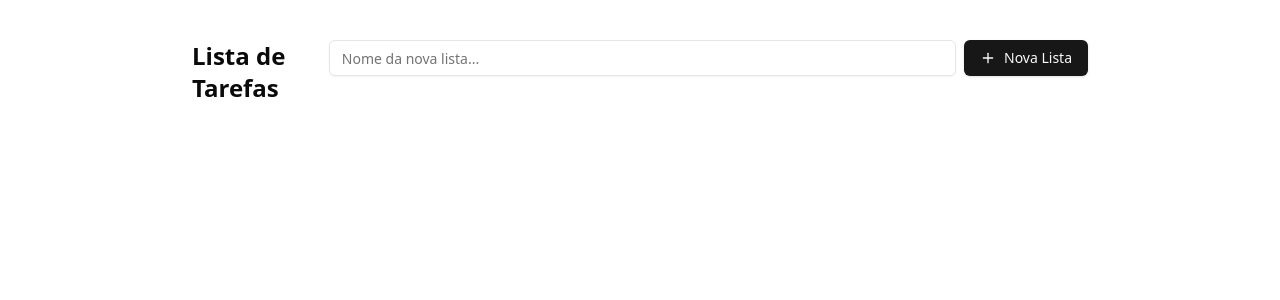
Repository: ribeirosacarlos/ts-frontend
Page: /
The author's editor kept a copy of each file at every save. The page is drawn from the files as they stood at one save, then again after the next save.
The browser window is 1280 px wide. The pictures show the whole page.
The page's requests for data from a server got no answer. The project was rebuilt for these pictures with package versions that can differ from the ones it lists, and the page was loaded fresh each time. No one was signed in, and anything a server would have sent is missing. Also part of the build but not shown: vite.config.ts, src/components/ui/checkbox.tsx, src/components/ui/card.tsx.

Above is the page before, as saved 2025-05-15 15:50:59.

### src/App.tsx
import { useEffect, useState } from 'react'
import { Input } from "@/components/ui/input";
import { Button } from "@/components/ui/button";
import { Checkbox } from "@/components/ui/checkbox";
import { Card, CardContent } from "@/components/ui/card";
import { Trash2, Plus } from "lucide-react";

type Task = {
  id: number;
  to_do_list_id: number;
  description: string;
  is_completed: number;
  created_at: string;
  updated_at: string;
}

type TodoList = {
  id: number;
  name: string;
  created_at: string;
  updated_at: string;
  tasks: Task[];
}

function App() {
  const [todoLists, setTodoLists] = useState<TodoList[]>([]);
  const [newTasks, setNewTasks] = useState<{ [key: number]: string }>({});
  const [newListName, setNewListName] = useState("");

  useEffect(() => {
    fetchTodoLists();
  }, []);

  const fetchTodoLists = async () => {
    try {
      const response = await fetch("http://localhost:8080/api/to-do-lists");
      const data = await response.json();
      setTodoLists(data);
    } catch (error) {
      console.error("Erro ao buscar listas:", error);
    }
  };

  const createNewList = async () => {
    if (!newListName.trim()) return;

    try {
      await fetch("http://localhost:8080/api/to-do-lists", {
        method: "POST",
        headers: { "Content-Type": "application/json" },
        body: JSON.stringify({ name: newListName }),
      });
      setNewListName("");
      fetchTodoLists();
    } catch (error) {
      console.error("Erro ao criar lista:", error);
    }
  };

  const deleteList = async (listId: number) => {
    try {
      await fetch(`http://localhost:8080/api/to-do-lists/${listId}`, {
        method: "DELETE",
      });
      fetchTodoLists();
    } catch (error) {
      console.error("Erro ao excluir lista:", error);
    }
  };

  const createTask = async (listId: number) => {
    const taskDescription = newTasks[listId];
    if (!taskDescription?.trim()) return;

    try {
      await fetch("http://localhost:8080/api/tasks", {
        method: "POST",
        headers: { "Content-Type": "application/json" },
        body: JSON.stringify({
          description: taskDescription,
          to_do_list_id: listId
        }),
      });
      setNewTasks(prev => ({ ...prev, [listId]: "" }));
      fetchTodoLists();
    } catch (error) {
      console.error("Erro ao criar tarefa:", error);
    }
  };

  const toggleTask = async (task: Task) => {
    try {
      await fetch(`http://localhost:3333/tasks/${task.id}`, {
        method: "PUT",
        headers: { "Content-Type": "application/json" },
        body: JSON.stringify({
          is_completed: task.is_completed ? 0 : 1,
        }),
      });
      fetchTodoLists();
    } catch (error) {
      console.error("Erro ao atualizar tarefa:", error);
    }
  };

  const deleteTask = async (taskId: number) => {
    try {
      await fetch(`http://localhost:8080/api/tasks/${taskId}`, {
        method: "DELETE",
      });
      fetchTodoLists();
    } catch (error) {
      console.error("Erro ao excluir tarefa:", error);
    }
  };

  return (
    <div className="max-w-4xl mx-auto mt-10 space-y-8">
      <div className="flex gap-2 mb-8">
        <h2 className="text-2xl font-bold">Lista de Tarefas</h2>
        <Input
          placeholder="Nome da nova lista..."
          value={newListName}
          onChange={(e: React.ChangeEvent<HTMLInputElement>) => setNewListName(e.target.value)}
          onKeyDown={(e: React.KeyboardEvent<HTMLInputElement>) => {
            if (e.key === "Enter") createNewList();
          }}
        />
        <Button onClick={createNewList} className="flex items-center gap-2">
          <Plus className="h-4 w-4" />
          Nova Lista
        </Button>
      </div>

      {todoLists.map((list) => (
        <div key={list.id} className="space-y-4">
          <div className="flex items-center justify-between">
            <h2 className="text-2xl font-bold">{list.name}</h2>
            <Button
              variant="ghost"
              size="icon"
              className="h-8 w-8"
              onClick={() => deleteList(list.id)}
            >
              <Trash2 className="h-4 w-4" />
            </Button>
          </div>

          <div className="flex gap-2">
            <Input
              placeholder="Digite uma nova tarefa..."
              value={newTasks[list.id] || ""}
              onChange={(e: React.ChangeEvent<HTMLInputElement>) =>
                setNewTasks(prev => ({ ...prev, [list.id]: e.target.value }))
              }
              onKeyDown={(e: React.KeyboardEvent<HTMLInputElement>) => {
                if (e.key === "Enter") createTask(list.id);
              }}
            />
            <Button onClick={() => createTask(list.id)}>Adicionar</Button>
          </div>

          <div className="space-y-2">
            {list.tasks.map((task) => (
              <Card key={task.id}>
                <CardContent className="flex items-center justify-between p-4">
                  <div className="flex items-center gap-2">
                    <Checkbox
                      checked={task.is_completed === 1}
                      onCheckedChange={() => toggleTask(task)}
                    />
                    <span
                      className={`${
                        task.is_completed === 1 ? "line-through text-gray-400" : ""
                      }`}
                    >
                      {task.description}
                    </span>
                  </div>
                  <Button
                    variant="ghost"
                    size="icon"
                    className="h-8 w-8"
                    onClick={() => deleteTask(task.id)}
                  >
                    <Trash2 className="h-4 w-4" />
                  </Button>
                </CardContent>
              </Card>
            ))}
          </div>
        </div>
      ))}
    </div>
  );
}

export default App

### src/components/ui/input.tsx
import * as React from "react"

import { cn } from "@/lib/utils"

const Input = React.forwardRef<HTMLInputElement, React.ComponentProps<"input">>(
  ({ className, type, ...props }, ref) => {
    return (
      <input
        type={type}
        className={cn(
          "flex h-9 w-full rounded-md border border-input bg-transparent px-3 py-1 text-base shadow-sm transition-colors file:border-0 file:bg-transparent file:text-sm file:font-medium file:text-foreground placeholder:text-muted-foreground focus-visible:outline-none focus-visible:ring-1 focus-visible:ring-ring disabled:cursor-not-allowed disabled:opacity-50 md:text-sm",
          className
        )}
        ref={ref}
        {...props}
      />
    )
  }
)
Input.displayName = "Input"

export { Input }

### src/components/ui/button.tsx
import * as React from "react"
import { Slot } from "@radix-ui/react-slot"
import { cva, type VariantProps } from "class-variance-authority"

import { cn } from "@/lib/utils"

const buttonVariants = cva(
  "inline-flex items-center justify-center gap-2 whitespace-nowrap rounded-md text-sm font-medium transition-colors focus-visible:outline-none focus-visible:ring-1 focus-visible:ring-ring disabled:pointer-events-none disabled:opacity-50 [&_svg]:pointer-events-none [&_svg]:size-4 [&_svg]:shrink-0",
  {
    variants: {
      variant: {
        default:
          "bg-primary text-primary-foreground shadow hover:bg-primary/90",
        destructive:
          "bg-destructive text-destructive-foreground shadow-sm hover:bg-destructive/90",
        outline:
          "border border-input bg-background shadow-sm hover:bg-accent hover:text-accent-foreground",
        secondary:
          "bg-secondary text-secondary-foreground shadow-sm hover:bg-secondary/80",
        ghost: "hover:bg-accent hover:text-accent-foreground",
        link: "text-primary underline-offset-4 hover:underline",
      },
      size: {
        default: "h-9 px-4 py-2",
        sm: "h-8 rounded-md px-3 text-xs",
        lg: "h-10 rounded-md px-8",
        icon: "h-9 w-9",
      },
    },
    defaultVariants: {
      variant: "default",
      size: "default",
    },
  }
)

export interface ButtonProps
  extends React.ButtonHTMLAttributes<HTMLButtonElement>,
    VariantProps<typeof buttonVariants> {
  asChild?: boolean
}

const Button = React.forwardRef<HTMLButtonElement, ButtonProps>(
  ({ className, variant, size, asChild = false, ...props }, ref) => {
    const Comp = asChild ? Slot : "button"
    return (
      <Comp
        className={cn(buttonVariants({ variant, size, className }))}
        ref={ref}
        {...props}
      />
    )
  }
)
Button.displayName = "Button"

export { Button, buttonVariants }

Loaded but not shown: index.html (common file); src/main.tsx (common file); src/index.css (common file); src/lib/utils.ts (common file); tailwind.config.js (common file)

After the next save:
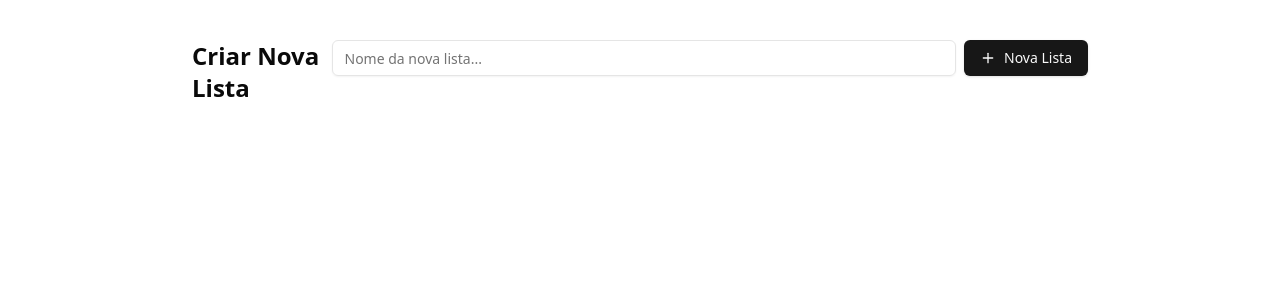
Saved 10 s later.
--- a/src/App.tsx
+++ b/src/App.tsx
@@ -117,7 +117,7 @@ function App() {
   return (
     <div className="max-w-4xl mx-auto mt-10 space-y-8">
       <div className="flex gap-2 mb-8">
-        <h2 className="text-2xl font-bold">Lista de Tarefas</h2>
+        <h2 className="text-2xl font-bold">Criar Nova Lista</h2>
         <Input
           placeholder="Nome da nova lista..."
           value={newListName}
